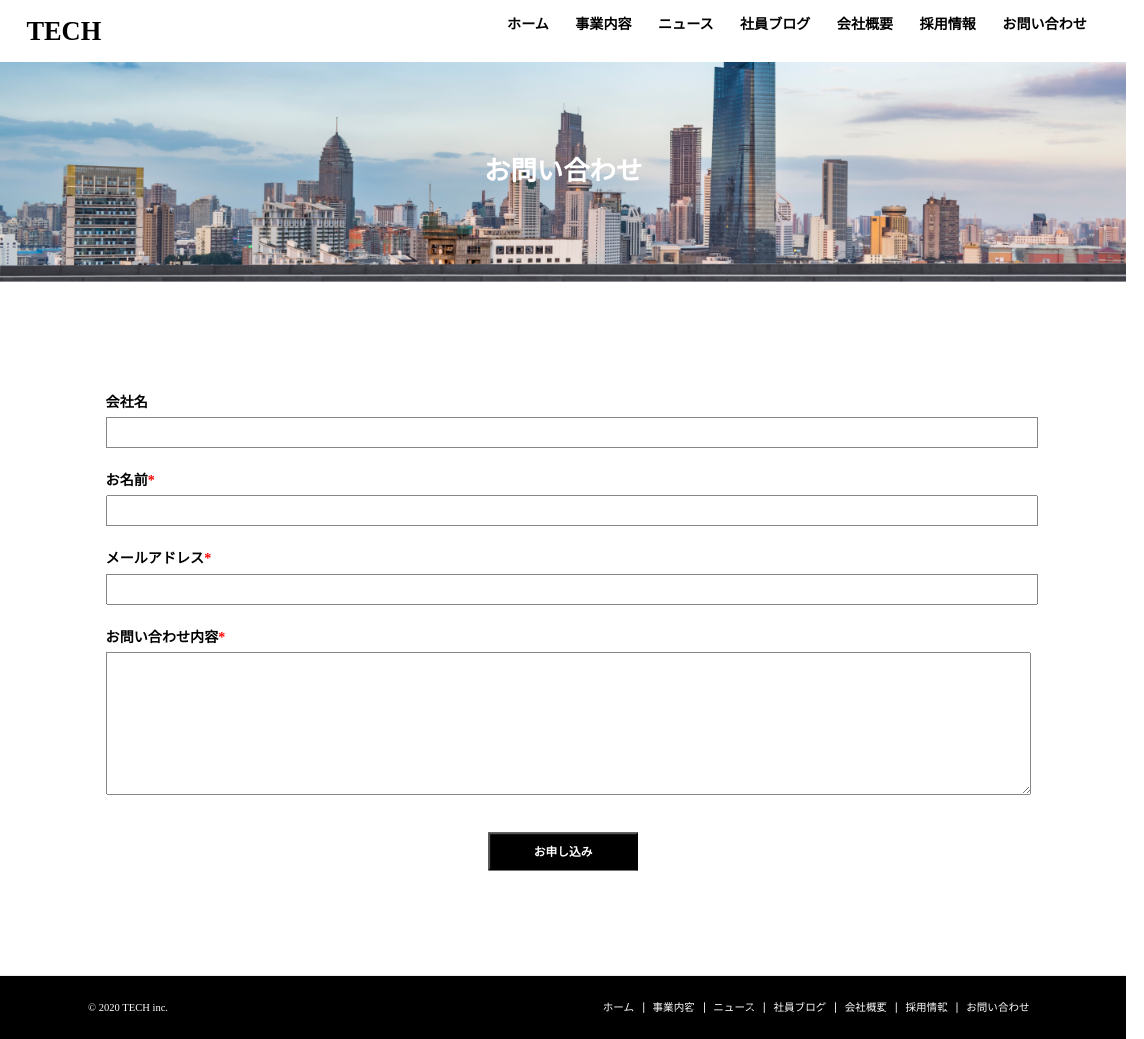
Repository: masanarimiura/20220516_miura
Page: contact.html
The author's editor kept a copy of each file at every save. The page is drawn from the files as they stood at one save, then again after the next save.
The browser window is 1280 px wide. The page is 1280 px wide, then 1300 px, so the pictures cover 1300 px, including what lies to the right of the window. The pictures show the whole page, at 88% of full size.

Above is the page before, as saved 2022-05-14 02:07:48.

After the next save:
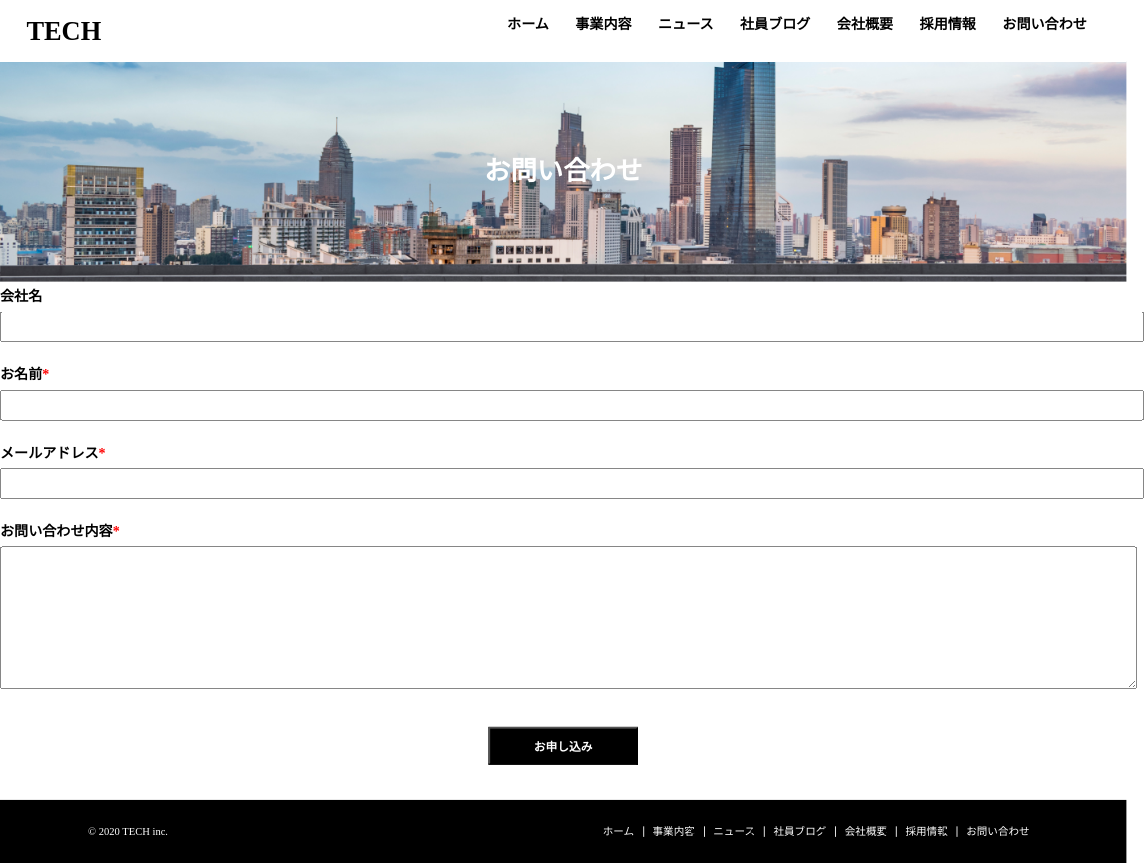
Saved 8 s later.
--- a/css/contact.css
+++ b/css/contact.css
@@ -61,8 +61,7 @@ p {
   color: #fff;
 }
 
-.form {
-  margin: 120px;
+.form {s
 }
 .from-itme {
   width: 90%;
